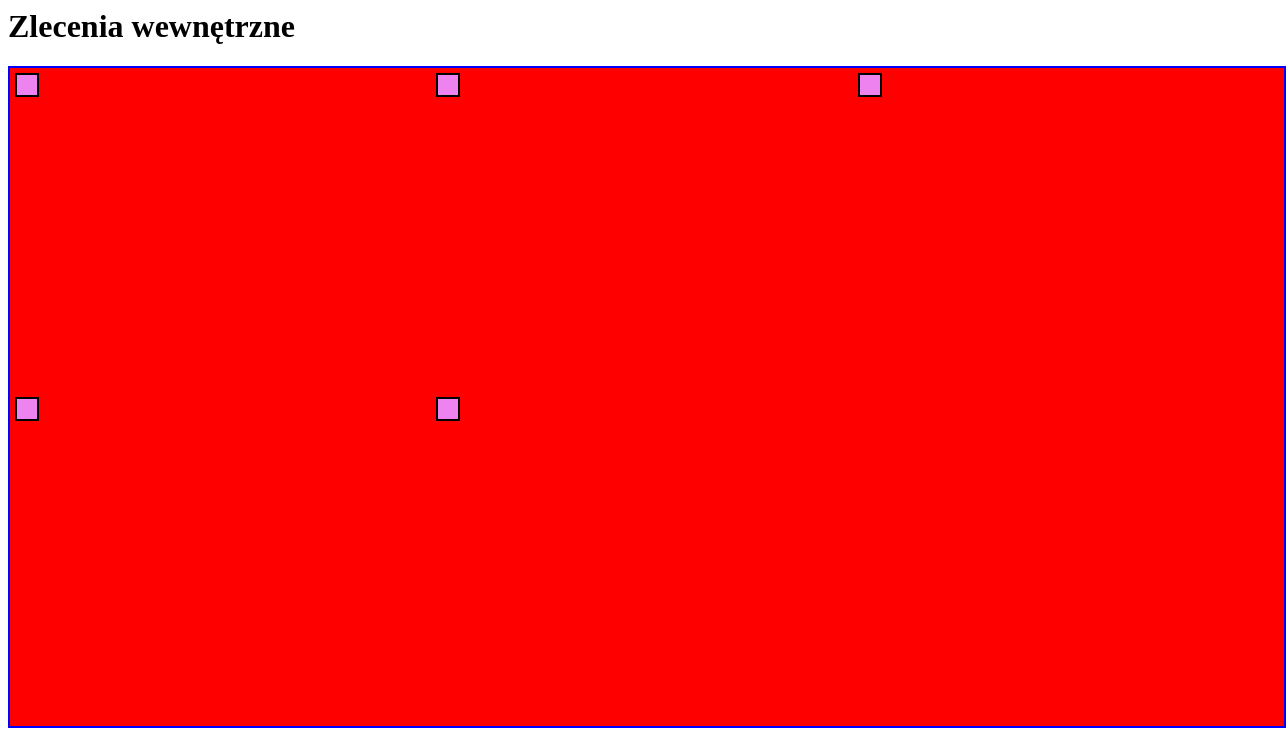
Repository: emdes515/EHpanel
Page: html/dashboardZleceniaWewnetrzne.html
These files come from the project's save history. The page is drawn as it stood at one moment and after the next save; the edit follows.
The browser window is 1280 px wide. The page is 1286 px wide, so the pictures cover 1286 px, including what lies to the right of the window. The pictures show the whole page.

Above is the page before, as saved 2024-04-18 08:30:38.

After the next save:
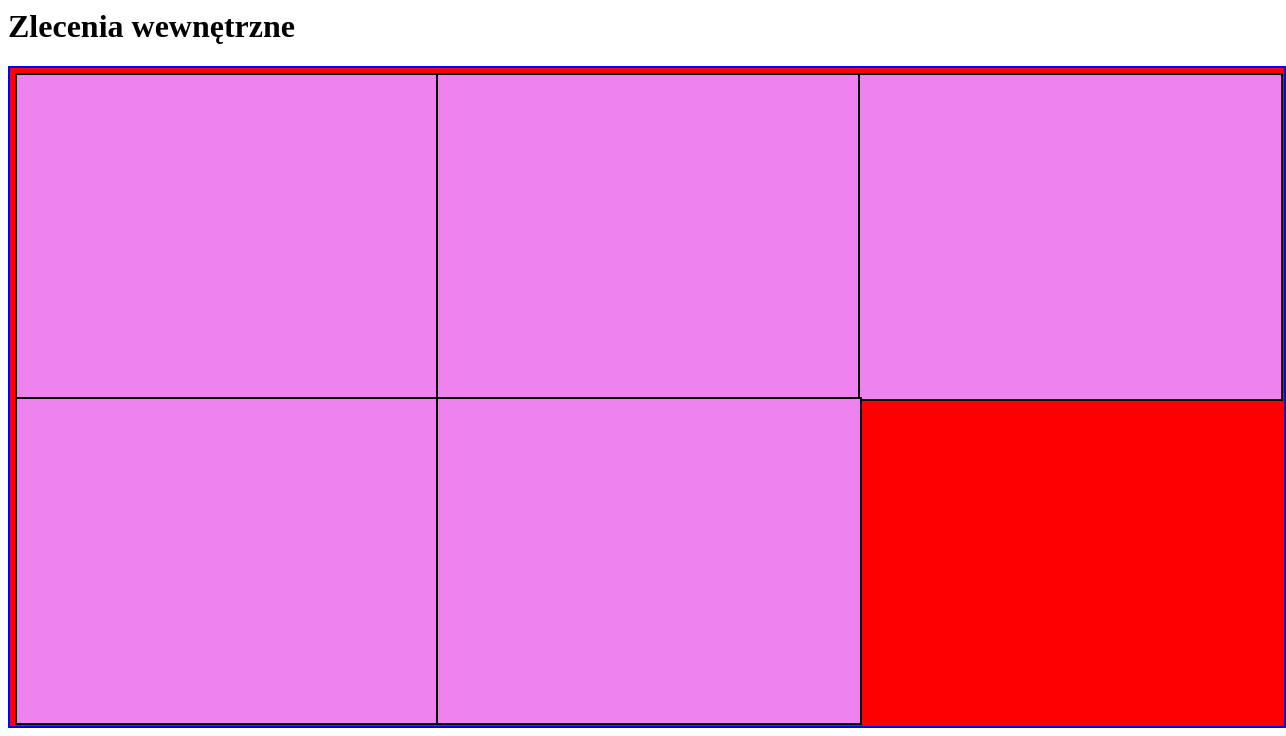
Saved 32 s later.
--- a/html/dashboardZleceniaWewnetrzne.html
+++ b/html/dashboardZleceniaWewnetrzne.html
@@ -16,8 +16,8 @@
 
 	.element {
 		background-color: violet;
-		width: 20px;
-		height: 20px;
+		width: 100%;
+		height: 100%;
 		border: 2px solid black;
 	}
 </style>
